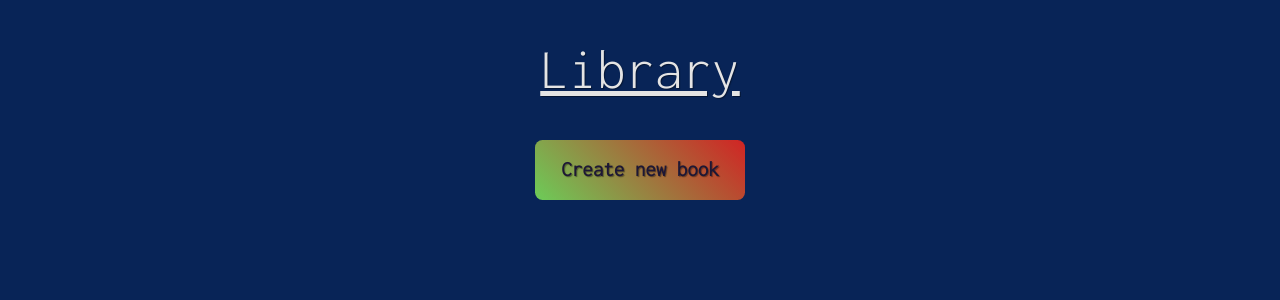
Repository: 0101chaitanya/Library
Page: index.html
These files come from the project's save history. The page is drawn as it stood at one moment and after the next save; the edit follows.
The browser window is 1280 px wide. The pictures show the whole page.

Above is the page before, as saved 2021-06-05 12:58:38.
Console error: TypeError: Cannot read properties of null (reading 'forEach')

After the next save:
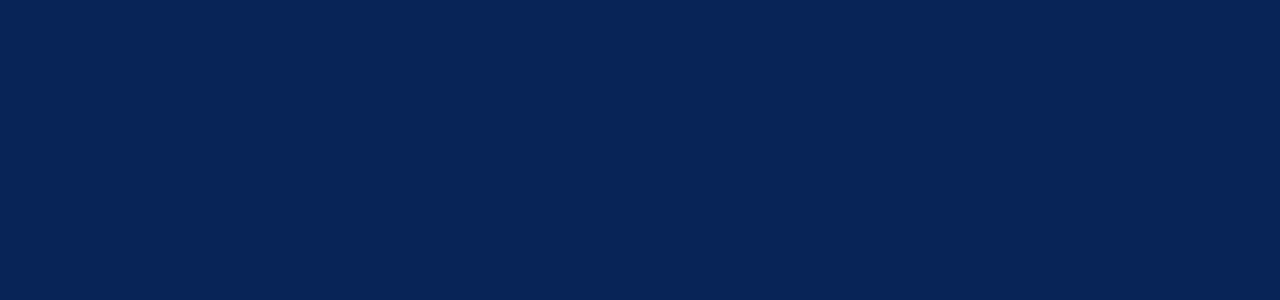
Console error: SyntaxError: Invalid destructuring assignment target
Saved 25 s later.
--- a/script.js
+++ b/script.js
@@ -107,7 +107,7 @@
 
 console.log(objArray);
 
-objArray.forEach((item, j) => {
+objArray.forEach((bool(item), j) => {
 
     if (item !== null) {
         let divOut = document.createElement('div');

After the 4 saves that followed:
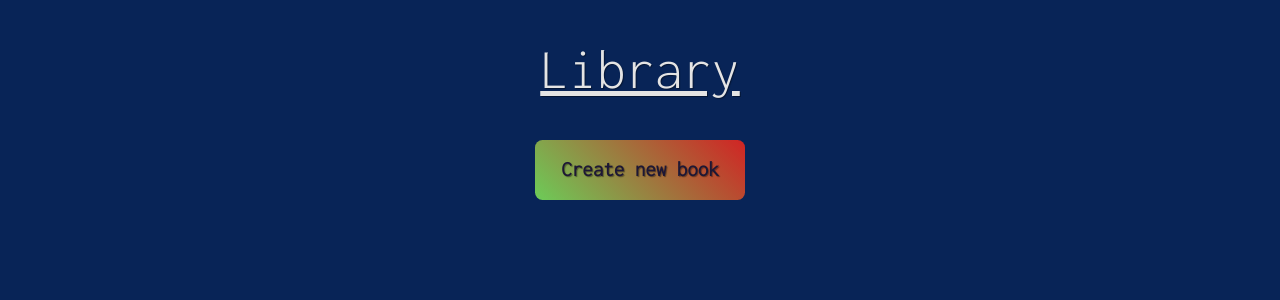
Console error: TypeError: Cannot read properties of null (reading 'forEach')
The 4 saves are shown as one change because 3 left the picture as it was.
The last was saved 110 s later.
--- a/script.js
+++ b/script.js
@@ -106,52 +106,53 @@
 objArray = JSON.parse(localStorage.getItem(`objArray`));
 
 console.log(objArray);
+if (objArray !== []) {
+    objArray.forEach((item, j) => {
 
-objArray.forEach((bool(item), j) => {
+        if (item !== null) {
+            let divOut = document.createElement('div');
+            divOut.id = `divOut${i}`;
+            divOut.classList.add('divElement');
+            let authOut = document.createElement('p');
+            authOut.classList.add(`out`);
+            authOut.textContent = `Author of the book : ${item.author}`;
+            let titleOut = document.createElement('p');
+            titleOut.textContent = `Title of the book : ${item.title}`;;
+            titleOut.classList.add(`out`);
+            let pgsOut = document.createElement('p');
+            pgsOut.textContent = `No of pages : ${item.pages}`;
+            pgsOut.classList.add(`out`);
+            let redLabel = document.createElement('label');
+            redLabel.classList.add(`out`);
+            redLabel.textContent = `Read :`;
+            let redOut = document.createElement('input');
+            redLabel.htmlFor = redOut;
+            redOut.type = 'checkbox';
+            redLabel.appendChild(redOut);
+            redOut.checked = item.readStatus;
+            divOut.appendChild(authOut);
+            divOut.appendChild(titleOut);
+            divOut.appendChild(pgsOut);
+            divOut.appendChild(redLabel);
 
-    if (item !== null) {
-        let divOut = document.createElement('div');
-        divOut.id = `divOut${i}`;
-        divOut.classList.add('divElement');
-        let authOut = document.createElement('p');
-        authOut.classList.add(`out`);
-        authOut.textContent = `Author of the book : ${item.author}`;
-        let titleOut = document.createElement('p');
-        titleOut.textContent = `Title of the book : ${item.title}`;;
-        titleOut.classList.add(`out`);
-        let pgsOut = document.createElement('p');
-        pgsOut.textContent = `No of pages : ${item.pages}`;
-        pgsOut.classList.add(`out`);
-        let redLabel = document.createElement('label');
-        redLabel.classList.add(`out`);
-        redLabel.textContent = `Read :`;
-        let redOut = document.createElement('input');
-        redLabel.htmlFor = redOut;
-        redOut.type = 'checkbox';
-        redLabel.appendChild(redOut);
-        redOut.checked = item.readStatus;
-        divOut.appendChild(authOut);
-        divOut.appendChild(titleOut);
-        divOut.appendChild(pgsOut);
-        divOut.appendChild(redLabel);
-
-        let deleteBtn = document.createElement('button');
-        deleteBtn.type = 'button';
-        deleteBtn.classList.add('deleteBtn');
-        deleteBtn.textContent = 'Delete';
-        deleteBtn.addEventListener('click', e => {
-            objArray.splice(j, 1, 0);
-            divOut.remove();
-            console.log(objArray);
-        });
+            let deleteBtn = document.createElement('button');
+            deleteBtn.type = 'button';
+            deleteBtn.classList.add('deleteBtn');
+            deleteBtn.textContent = 'Delete';
+            deleteBtn.addEventListener('click', e => {
+                objArray.splice(j, 1, 0);
+                divOut.remove();
+                console.log(objArray);
+            });
 
 
-        divOut.appendChild(deleteBtn);
-        viewBox.appendChild(divOut);
+            divOut.appendChild(deleteBtn);
+            viewBox.appendChild(divOut);
 
-        console.log(item);
-    }
-});
+            console.log(item);
+        }
+    });
+}
 form.style.display = 'flex';
 
 function formEnable() {
